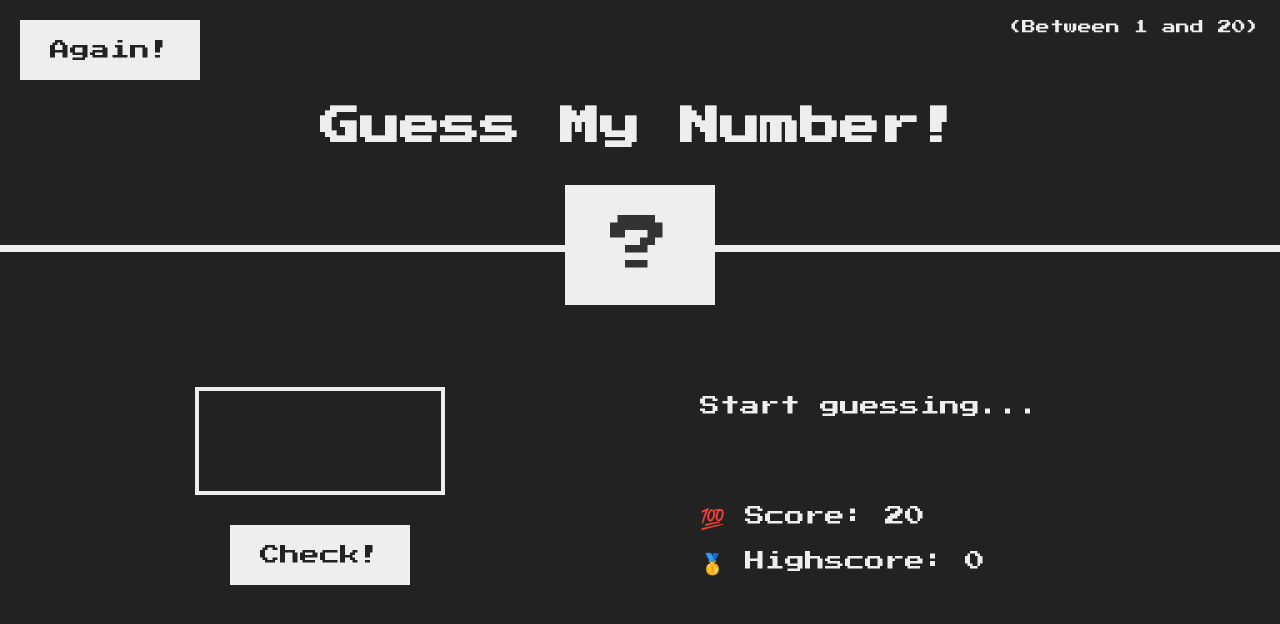
Repository: zeinawady/Jonas-Js-Course-Projects
Page: Guess Game/index.html
These files come from the project's save history. The page is drawn as it stood at one moment and after a run of saves; the edit follows.
The browser window is 1280 px wide. The pictures show the whole page.
Empty fields were first filled with sample values (such as "Sample", 5 or name@example.com).
After loading, the first visible `button.btn` was clicked once.

Above is the page before, as saved 2024-11-22 02:47:47.

### Guess Game/index.html
<!DOCTYPE html>
<html lang="en">
  <head>
    <meta charset="UTF-8" />
    <meta name="viewport" content="width=device-width, initial-scale=1.0" />
    <link rel="stylesheet" href="style.css" />
    <title>Guess My Number!</title>
  </head>
  <body>
    <header>
      <h1>Guess My Number!</h1>
      <p class="between">(Between 1 and 20)</p>
      <button class="btn again">Again!</button>
      <div class="number">?</div>
    </header>
    <main>
      <section class="left">
        <input type="number" class="guess" />
        <button class="btn check">Check!</button>
      </section>
      <section class="right">
        <p class="message">Start guessing...</p>
        <p class="label-score">💯 Score: <span class="score">20</span></p>
        <p class="label-highscore">
          🥇 Highscore: <span class="highscore">0</span>
        </p>
      </section>
    </main>
    <script src="script.js"></script>
  </body>
</html>

### Guess Game/style.css
@import url('https://fonts.googleapis.com/css?family=Press+Start+2P&display=swap');

* {
  margin: 0;
  padding: 0;
  box-sizing: inherit;
}

html {
  font-size: 62.5%;
  box-sizing: border-box;
}

body {
  font-family: 'Press Start 2P', sans-serif;
  color: #eee;
  background-color: #222;
  /* background-color: #60b347; */
}

/* LAYOUT */
header {
  position: relative;
  height: 35vh;
  border-bottom: 7px solid #eee;
}

main {
  height: 65vh;
  color: #eee;
  display: flex;
  align-items: center;
  justify-content: space-around;
}

.left {
  width: 52rem;
  display: flex;
  flex-direction: column;
  align-items: center;
}

.right {
  width: 52rem;
  font-size: 2rem;
}

/* ELEMENTS STYLE */
h1 {
  font-size: 4rem;
  text-align: center;
  position: absolute;
  width: 100%;
  top: 52%;
  left: 50%;
  transform: translate(-50%, -50%);
}

.number {
  background: #eee;
  color: #333;
  font-size: 6rem;
  width: 15rem;
  padding: 3rem 0rem;
  text-align: center;
  position: absolute;
  bottom: 0;
  left: 50%;
  transform: translate(-50%, 50%);
}

.between {
  font-size: 1.4rem;
  position: absolute;
  top: 2rem;
  right: 2rem;
}

.again {
  position: absolute;
  top: 2rem;
  left: 2rem;
}

.guess {
  background: none;
  border: 4px solid #eee;
  font-family: inherit;
  color: inherit;
  font-size: 5rem;
  padding: 2.5rem;
  width: 25rem;
  text-align: center;
  display: block;
  margin-bottom: 3rem;
}

.btn {
  border: none;
  background-color: #eee;
  color: #222;
  font-size: 2rem;
  font-family: inherit;
  padding: 2rem 3rem;
  cursor: pointer;
}

.btn:hover {
  background-color: #ccc;
}

.message {
  margin-bottom: 8rem;
  height: 3rem;
}

.label-score {
  margin-bottom: 2rem;
}

### Guess Game/script.js
'use strict';
let message=document.querySelector('.message');
let numberBox=document.querySelector('.number');
let scoreBox=document.querySelector('.score');
let body=document.querySelector('body');
let againBtn=document.querySelector('.again');
let checkBtn=document.querySelector('.check');
let guessBox=document.querySelector('.guess');
let randSecretNum=Math.ceil(Math.random() * 20) + 1;

//score initialy = 20
let score=20;
scoreBox.textContent=score;


checkBtn.addEventListener('click',function(){
    let guess=Number(guessBox.value);
    console.log(guess);

    //invalid
    if(!guess){
        message.textContent='⛔ No Number!';
    }
    //win
    else if(guess===randSecretNum){
     message.textContent='🥳 Correct Number!';
     score++;
     scoreBox.textContent=score;
     numberBox.textContent=randSecretNum;
     body.style.backgroundColor='#60b347';
     numberBox.style.width='30rem';
    }
    //wrong -> high
    else if(guess> randSecretNum){
        if(score>1){
            message.textContent='📈 Too High!';
            score--;
        }
        else{
            score=0;
            message.textContent='You lost the game!'
        }
        scoreBox.textContent=score;
    }
    //wrong -> low
    else{
        if(score>1){
            message.textContent='📉 Too Low'
            score--;
        }
        else{
            score=0;
            message.textContent='You lost the game!'
        }
        scoreBox.textContent=score;
    }
});

againBtn.addEventListener('click', function(){
    scoreBox.textContent=20;
    randSecretNum=Math.ceil(Math.random() * 20) + 1;
    message.textContent='Start guessing...';
    guessBox.value=null;
    body.style.backgroundColor='#222';

    numberBox.style.width='15rem';
})

After the next 2 saves:
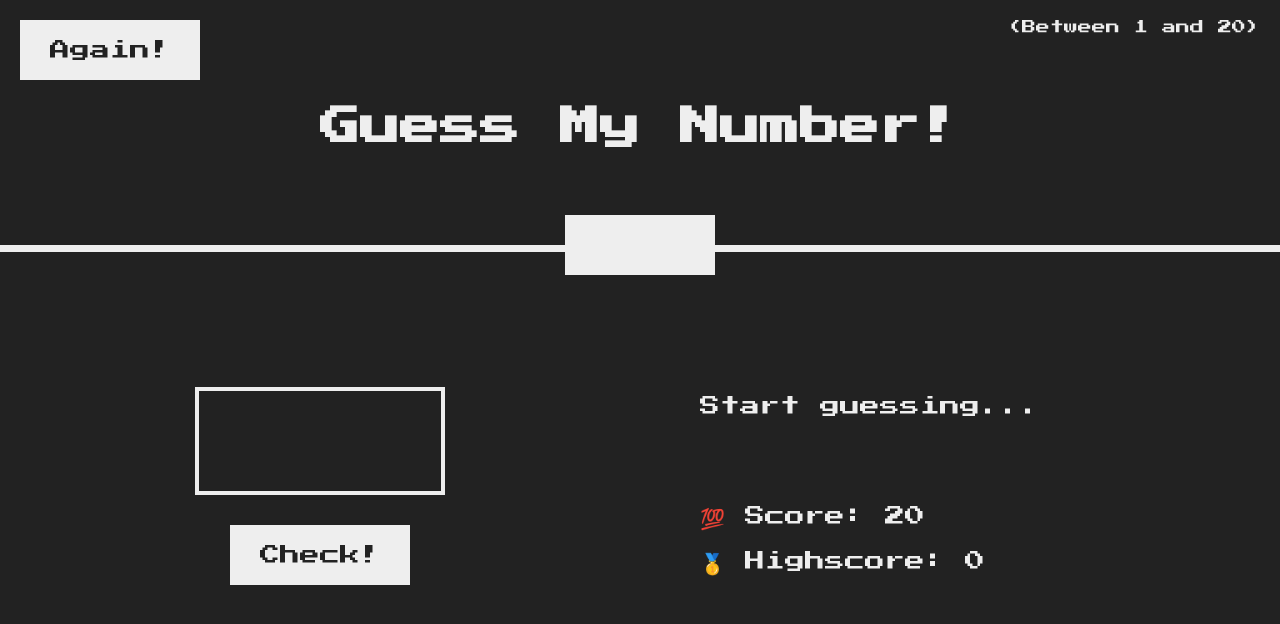
The 2 saves are shown as one change because they came seconds apart.
The last was saved 6 s later.
--- a/Guess Game/script.js
+++ b/Guess Game/script.js
@@ -62,6 +62,6 @@
     message.textContent='Start guessing...';
     guessBox.value=null;
     body.style.backgroundColor='#222';
-
+    numberBox.textContent=''
     numberBox.style.width='15rem';
 })

After the 2 saves that followed:
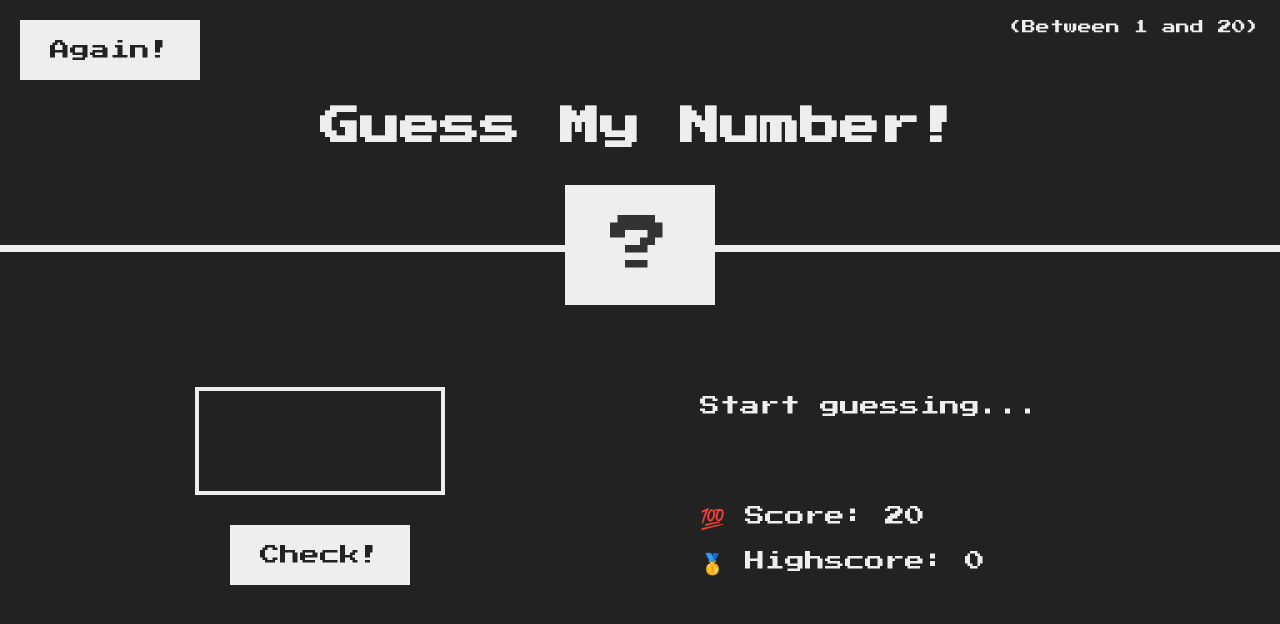
The 2 saves are shown as one change because they came seconds apart.
The last was saved 6 s later.
--- a/Guess Game/script.js
+++ b/Guess Game/script.js
@@ -62,6 +62,6 @@
     message.textContent='Start guessing...';
     guessBox.value=null;
     body.style.backgroundColor='#222';
-    numberBox.textContent=''
+    numberBox.textContent='?';
     numberBox.style.width='15rem';
 })
